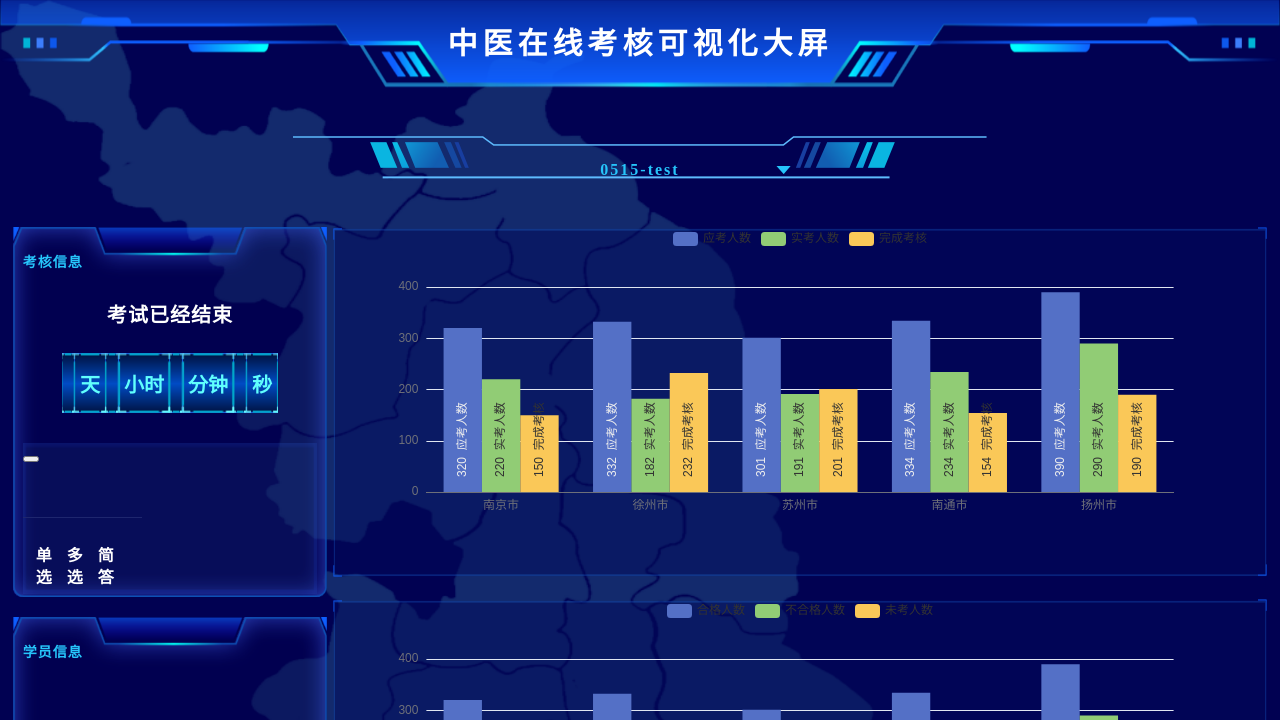
Repository: krislorem/medicine-online-datascreen-vue
Page: /
These files come from the project's save history. The page is drawn as it stood at one moment and after the next save; the edit follows.
The browser window is 1280 px wide. The pictures show the whole page.
The project was rebuilt for these pictures with package versions that can differ from the ones it lists, and the page was loaded fresh each time. Also part of the build but not shown: vite.config.ts.

Above is the page before, as saved 2024-12-04 20:34:21.

### src/main.ts
import './assets/main.css'

import { createApp } from 'vue'
import { createPinia } from 'pinia'
import ElementPlus from 'element-plus'
import 'element-plus/dist/index.css'
import App from './App.vue'
import router from './router'

const app = createApp(App)

app.use(createPinia())
app.use(router)
app.use(ElementPlus)
app.mount('#app')

### src/assets/main.css
body, html {
  width: 100%;
  height: 100%;
  overflow: hidden;
  margin: 0;
  padding: 0;
  width: 100vw;
  height: 100vh
}

#app {
  width: 100%;
  height: 100%
}

### src/App.vue
<template>
  <div>
    <RouterView></RouterView>
  </div>
</template>

<script setup lang="ts">

</script>

<style scoped>
</style>

### src/views/HomeView.vue
<template>
  <div class="home">
    <nav>
      <h1>中医在线考核可视化大屏</h1>
    </nav>
    <div id="mid-bar">
      <select id="info">
        <option>0515-test</option>
      </select>
    </div>
    <div id="all-info">
      <div id="left">
        <div class="item item-1">
          <p class="top-name"><span>考核信息</span></p>
          <p class="time-title"><span>考试已经结束</span></p>
          <div class="time-container">
            <div class="time-box" style=";"><span class="time-num">{{ }}</span></div>
            <div class="time-box" style=";"><span class="time-num">天</span></div>
            <div class="time-box" style=";"><span class="time-num">{{ }}</span></div>
            <div class="time-box" style=";"><span class="time-num">小时</span></div>
            <div class="time-box" style=";"><span class="time-num">{{ }}</span></div>
            <div class="time-box" style=";"><span class="time-num">分钟</span></div>
            <div class="time-box" style=";"><span class="time-num">{{ }}</span></div>
            <div class="time-box" style=";"><span class="time-num">秒</span></div>
          </div>
          <div class="result">
            <div class="ivu-carousel" style="height: 100%;">
              <button type="button" class="left ivu-carousel-arrow ivu-carousel-arrow-hover">
                <i class="ivu-icon ivu-icon-ios-arrow-back"></i>
              </button>
              <div class="ivu-carousel-list">
                <div class="ivu-carousel-track higher"
                  style="width: 119px; transform: translate3d(0px, 0px, 0px); transition: transform 500ms; visibility: visible;">
                  <div class="ivu-carousel-item" style="width: 119px; height: auto; left: 0px;">
                    <div class="res-topbar">
                      <span>{{ }}</span>
                      <span>{{ }}</span>
                    </div>
                    <div class="res-box">
                      <div class="res-item">
                        <span>单选</span>
                        <p>{{ }}</p>
                      </div>
                      <div class="res-item">
                        <span>多选</span>
                        <p>{{ }}</p>
                      </div>
                      <div class="res-item">
                        <span>简答</span>
                        <p>{{ }}</p>
                      </div>
                    </div>
                  </div>
                </div>
              </div>
            </div>

          </div>
        </div>
        <div class="item item-2">
          <p class="top-name i2-top"><span>学员信息</span></p>
          <div class="i2">
            <div class="box">
              <p class="num bg-lg-blue">{{ }}</p>
              <p class="title bg-lg-blue">应考人数</p>
            </div>
            <div class="box">
              <p class="num bg-lg-cyan">{{ }}</p>
              <p class="title bg-lg-cyan">签到人数</p>
            </div>
            <div class="box">
              <p class="num bg-lg-red">{{ }}</p>
              <p class="title bg-lg-red">实考人数</p>
            </div>
            <div class="box">
              <p class="num bg-lg-blue">{{ }}</p>
              <p class="title bg-lg-blue">分配试卷</p>
            </div>
            <div class="box">
              <p class="num bg-lg-cyan">{{ }}</p>
              <p class="title bg-lg-cyan">答题中</p>
            </div>
            <div class="box">
              <p class="num bg-lg-red">{{ }}</p>
              <p class="title bg-lg-red">完成考试</p>
            </div>
            <div class="box">
              <p class="num bg-lg-blue2">{{ }}</p>
              <p class="title bg-lg-blue2">未签到</p>
            </div>
            <div class="box">
              <p class="num bg-lg-cyan2">{{ }}</p>
              <p class="title bg-lg-cyan2">未考核</p>
            </div>
            <div class="box">
              <p class="num bg-lg-red2">{{ }}</p>
              <p class="title bg-lg-red2">合格人数</p>
            </div>
          </div>
        </div>
      </div>
      <div id="right">
        <div class="item mb-22">
          <div style="width: 100%;height: 335px;">
            <div id="msg1"
              style="width: 100%; height: 335px; -webkit-tap-highlight-color: transparent; user-select: none; position: relative;">
            </div>
          </div>
        </div>
        <div class="item">
          <div style="width: 100%; height: 335px;">
            <div id="msg2"
              style="width: 100%; height: 335px; -webkit-tap-highlight-color: transparent; user-select: none; position: relative;">
            </div>
          </div>
        </div>
      </div>
    </div>
  </div>
</template>

<style scoped>
body {
  font-family: Helvetica Neue, Helvetica, PingFang SC, Hiragino Sans GB, Microsoft YaHei, "\5FAE\8F6F\96C5\9ED1", Arial, sans-serif;
  font-size: 12px;
  line-height: 1.5;
  color: #515a6e;
  background-color: #fff;
  -webkit-font-smoothing: antialiased;
  -moz-osx-font-smoothing: grayscale;
}

.home {
  background: #010152 url(/ditu.png) 50% no-repeat;
  background-size: 100% 100%;
}

.home nav {
  background-image: url(/dingbu.png);
  background-size: 100% 100%;
  background-repeat: no-repeat;
  overflow: hidden;
  display: -webkit-box;
  display: -ms-flexbox;
  display: flex;
  -webkit-box-align: center;
  -ms-flex-align: center;
  align-items: center;
}

.home nav h1 {
  font-size: 30px;
  font-family: PingFangSC-Semibold, PingFang SC;
  font-weight: 600;
  color: #fff;
  line-height: 58px;
  letter-spacing: 5px;
  margin: 15px auto;
}

.home #mid-bar {
  width: 694px;
  height: 43px;
  background: url(/nav.png) no-repeat;
  margin: 48px auto 36px;
  padding-top: 12px;
  display: -webkit-box;
  display: -ms-flexbox;
  display: flex;
  -webkit-box-pack: center;
  -ms-flex-pack: center;
  justify-content: center;
  -webkit-box-align: center;
  -ms-flex-align: center;
  align-items: center;
}

.home #mid-bar #info {
  appearance: none;
  -moz-appearance: none;
  -webkit-appearance: none;
  background: transparent url('/jiantou.png') no-repeat scroll 100%;
  width: 302px;
  height: 22px;
  font-size: 16px;
  text-align: center;
  font-family: PingFangSC-Semibold, PingFang SC;
  font-weight: 600;
  color: #26c5fb;
  line-height: 22px;
  letter-spacing: 2px;
  border: none;
}

#all-info {
  width: 100%;
  height: 796px;
  margin: 20px auto;
  display: -webkit-box;
  display: -ms-flexbox;
  display: flex;
  -ms-flex-pack: distribute;
  justify-content: space-around;
}

#all-info #left {
  width: 23%;
  height: 100%;
}


#all-info #left .item {
  height: 44%;
  width: 100%;
  padding: 10px;
  background-image: url(/kuang2.png);
  background-size: 100% 100%;
}

#all-info #left .item .top-name>span {
  width: 64px;
  height: 20px;
  font-size: 14px;
  font-family: PingFangSC-Semibold, PingFang SC;
  font-weight: 600;
  color: #26c5fb;
  line-height: 20px;
  letter-spacing: 1px;
}

#all-info #left .item-1 {
  margin-bottom: 20px;
}

#all-info #left .item-1 .time-title {
  text-align: center;
  font-size: 20px;
  font-family: PingFangSC-Semibold, PingFang SC;
  font-weight: 600;
  color: #fff;
  line-height: 20px;
  letter-spacing: 1px;
  margin: 32px auto 28px;
}

#all-info #left .item-1 .time-container {
  height: 60px
}

#all-info #left .item-1 .time-container,
#all-info #left .item-1 .time-container .time-box {
  display: -webkit-box;
  display: -ms-flexbox;
  display: flex;
  -webkit-box-pack: center;
  -ms-flex-pack: center;
  justify-content: center;
}

#all-info #left .item-1 .time-container .time-box {
  background-image: url('/kuang3.png');
  background-repeat: no-repeat;
  background-size: 100% 100%;
  -webkit-box-align: center;
  -ms-flex-align: center;
  align-items: center;
  background-color: #d7606b;
}

#all-info #left .item-1 .time-container .time-box .time-num {
  font-size: 20px;
  padding: 6px;
  font-family: PingFangSC-Semibold, PingFang SC;
  font-weight: 600;
  color: #60fffd
}

#all-info #left .item-1 .time-container .time-box .dupunkto {
  font-size: 28px;
  font-family: PingFangSC-Semibold, PingFang SC;
  font-weight: 600;
  color: #60fffd
}

#all-info #left .item-1 .result {
  width: 100%;
  height: 43%;
  background-image: url('/kuang4.png');
  background-size: 100% 100%;
  margin: 30px auto 0;
  font-size: 16px;
  font-family: PingFangSC-Semibold, PingFang SC;
  font-weight: 600;
  color: #fff;
  line-height: 22px;
}

#all-info #left .item-1 .result .res-sub-title {
  width: 100%;
  height: 100%;
  display: -webkit-box;
  display: -ms-flexbox;
  display: flex;
  -webkit-box-align: center;
  -ms-flex-align: center;
  align-items: center;
  -webkit-box-pack: center;
  -ms-flex-pack: center;
  justify-content: center;
  font-size: 20px;
  font-family: PingFangSC-Semibold, PingFang SC;
  font-weight: 600
}

#all-info #left .item-1 .result .res-topbar {
  height: 47px;
  border-bottom: 1px solid #1e266e;
  -webkit-box-align: end;
  -ms-flex-align: end;
  align-items: flex-end;
  padding: 0 19px 5px 14px
}

#all-info #left .item-1 .result .res-box,
#all-info #left .item-1 .result .res-topbar {
  display: -webkit-box;
  display: -ms-flexbox;
  display: flex;
  -webkit-box-pack: justify;
  -ms-flex-pack: justify;
  justify-content: space-between
}

#all-info #left .item-1 .result .res-box {
  height: 57px;
  margin: 27px 13px 0
}

#all-info #left .item-1 .result .res-box .res-item {
  display: -webkit-box;
  display: -ms-flexbox;
  display: flex;
  -webkit-box-orient: vertical;
  -webkit-box-direction: normal;
  -ms-flex-direction: column;
  flex-direction: column;
  -ms-flex-pack: distribute;
  justify-content: space-around;
  -webkit-box-align: center;
  -ms-flex-align: center;
  align-items: center
}

#all-info #left .item-1 .result .res-box p {
  margin-top: 13px
}

#all-info #left .item-2 {
  display: -webkit-box;
  display: -ms-flexbox;
  display: flex;
  -webkit-box-orient: vertical;
  -webkit-box-direction: normal;
  -ms-flex-direction: column;
  flex-direction: column
}


#all-info #left .item-2 .i2-top {
  padding-bottom: 30px;
}

#all-info #left .item-2 .i2 {
  width: 100%;
  margin: 20px auto;
  display: -webkit-box;
  display: -ms-flexbox;
  display: flex;
  -ms-flex-wrap: wrap;
  flex-wrap: wrap;
  -ms-flex-pack: distribute;
  justify-content: space-around;
}

#all-info #left .item-2 .i2 .box {
  width: 30%;
  height: 67px;
  margin-bottom: 20px;
  padding: 20px auto;
  background-image: url('/kuang5.png');
  background-size: 100%;
  background-repeat: no-repeat;
}

#all-info #left .item-2 .i2 .box>.num {
  width: 77px;
  height: 45px;
  font-size: 27px;
  line-height: 45px
}

#all-info #left .item-2 .i2 .box>.num,
#all-info #left .item-2 .i2 .box>.title {
  font-family: PingFangSC-Semibold, PingFang SC;
  font-weight: 600;
  color: #fff;
  text-align: center;
  background-clip: text;
  -webkit-background-clip: text;
  -webkit-text-fill-color: transparent;
  margin: 0 auto;
}

#all-info #left .item-2 .i2 .box>.title {
  width: 64px;
  height: 22px;
  font-size: 15px;
  line-height: 22px
}

#all-info #right {
  width: 73%;
  height: 100%;
}

#all-info #right .item {
  width: 100%;
  height: 350px;
  background-image: url(/kuang1.png);
  background-size: 100% 100%
}

#all-info #right .mb-22 {
  margin-bottom: 22px
}

.bg-lg-blue {
  background: -webkit-gradient(linear, left top, left bottom, from(#8ac4ff), to(#5999f4));
  background: linear-gradient(180deg, #8ac4ff, #5999f4)
}

.bg-lg-cyan {
  background: -webkit-gradient(linear, left top, left bottom, from(#92eef2), to(#62e4eb));
  background: linear-gradient(180deg, #92eef2, #62e4eb)
}

.bg-lg-red {
  background: -webkit-gradient(linear, left top, left bottom, from(#ee3f47), to(#9a1b35));
  background: linear-gradient(180deg, #ee3f47, #9a1b35)
}

.bg-lg-blue2 {
  background: -webkit-gradient(linear, left top, left bottom, from(#4d7ed5), to(#0a47b3));
  background: linear-gradient(180deg, #4d7ed5, #0a47b3)
}

.bg-lg-cyan2 {
  background: -webkit-gradient(linear, left top, left bottom, from(#3bd3d6), to(#158c98));
  background: linear-gradient(180deg, #3bd3d6, #158c98)
}

.bg-lg-red2 {
  background: -webkit-gradient(linear, left top, left bottom, from(#d7606b), to(#a72f4d));
  background: linear-gradient(180deg, #d7606b, #a72f4d)
}
</style>
<script setup lang="ts">
import * as echarts from 'echarts';
import { onMounted } from 'vue'
const labelOption = {
  show: true,
  position: 'insideBottom',
  distance: 15,
  align: 'left',
  verticalAlign: 'middle',
  rotate: 90,
  formatter: '{c}  {name|{a}}',
  fontSize: 12,
  rich: {
    name: {}
  }
};
const option1 = {
  tooltip: {
    trigger: 'axis',
    axisPointer: {
      type: 'shadow'
    }
  },
  legend: {
    data: ['应考人数', '实考人数', '完成考核']
  },
  xAxis: [
    {
      type: 'category',
      axisTick: { show: false },
      data: ['南京市', '徐州市', '苏州市', '南通市', '扬州市']
    }
  ],
  yAxis: [
    {
      type: 'value'
    }
  ],
  series: [
    {
      name: '应考人数',
      type: 'bar',
      barGap: 0,
      label: labelOption,
      emphasis: {
        focus: 'series'
      },
      data: [320, 332, 301, 334, 390]
    },
    {
      name: '实考人数',
      type: 'bar',
      label: labelOption,
      emphasis: {
        focus: 'series'
      },
      data: [220, 182, 191, 234, 290]
    },
    {
      name: '完成考核',
      type: 'bar',
      label: labelOption,
      emphasis: {
        focus: 'series'
      },
      data: [150, 232, 201, 154, 190]
    }
  ]
};
const option2 = {
  tooltip: {
    trigger: 'axis',
    axisPointer: {
      type: 'shadow'
    }
  },
  legend: {
    data: ['合格人数', '不合格人数', '未考人数']
  },
  xAxis: [
    {
      type: 'category',
      axisTick: { show: false },
      data: ['南京市', '徐州市', '苏州市', '南通市', '扬州市']
    }
  ],
  yAxis: [
    {
      type: 'value'
    }
  ],
  series: [
    {
      name: '合格人数',
      type: 'bar',
      barGap: 0,
      label: labelOption,
      emphasis: {
        focus: 'series'
      },
      data: [320, 332, 301, 334, 390]
    },
    {
      name: '不合格人数',
      type: 'bar',
      label: labelOption,
      emphasis: {
        focus: 'series'
      },
      data: [220, 182, 191, 234, 290]
    },
    {
      name: '未考人数',
      type: 'bar',
      label: labelOption,
      emphasis: {
        focus: 'series'
      },
      data: [150, 232, 201, 154, 190]
    }
  ]
};
onMounted(() => {
  let chartDom1 = document.getElementById('msg1');
  let chartDom2 = document.getElementById('msg2');
  let myChart1 = echarts.init(chartDom1);
  let myChart2 = echarts.init(chartDom2);
  option1 && myChart1.setOption(option1);
  option2 && myChart2.setOption(option2);
})


</script>

Loaded but not shown: index.html (common file); src/router/index.ts (common file)

After the next save:
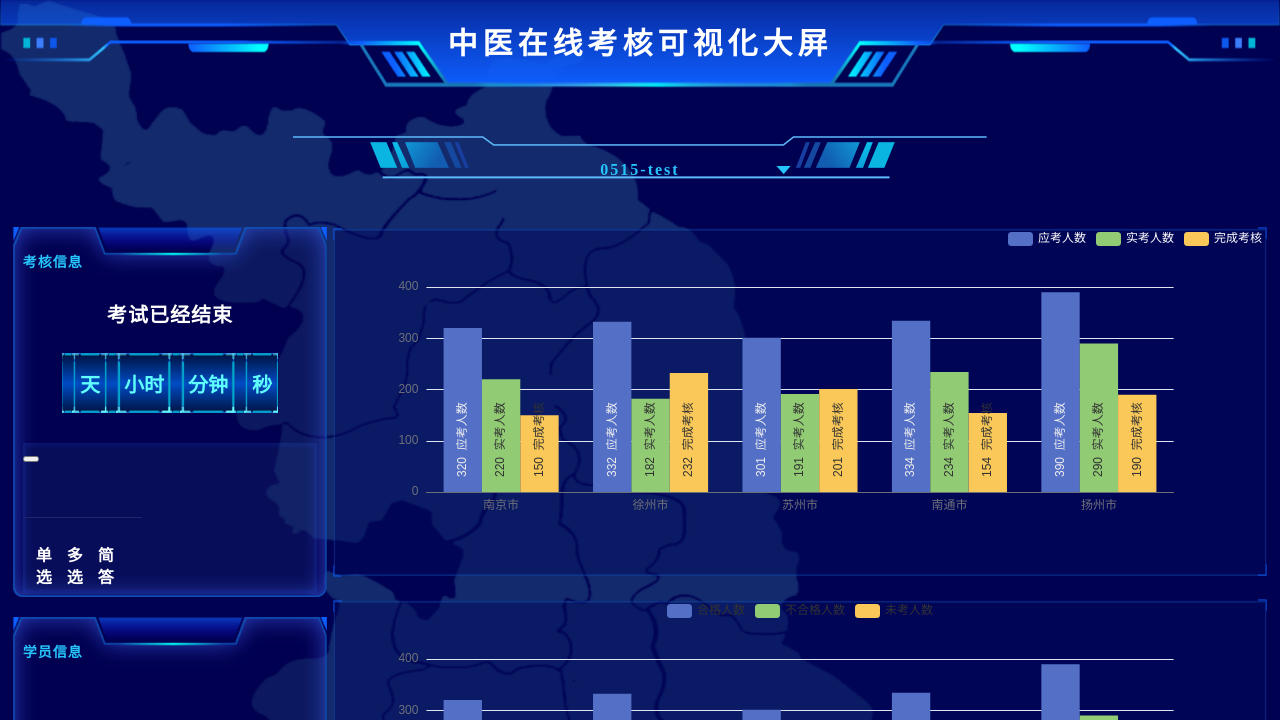
Saved 3 min 48 s later.
--- a/src/views/HomeView.vue
+++ b/src/views/HomeView.vue
@@ -488,6 +488,10 @@ const option1 = {
     }
   },
   legend: {
+    left: 'right',
+    textStyle: {
+      color: '#fff',
+    },
     data: ['应考人数', '实考人数', '完成考核']
   },
   xAxis: [
